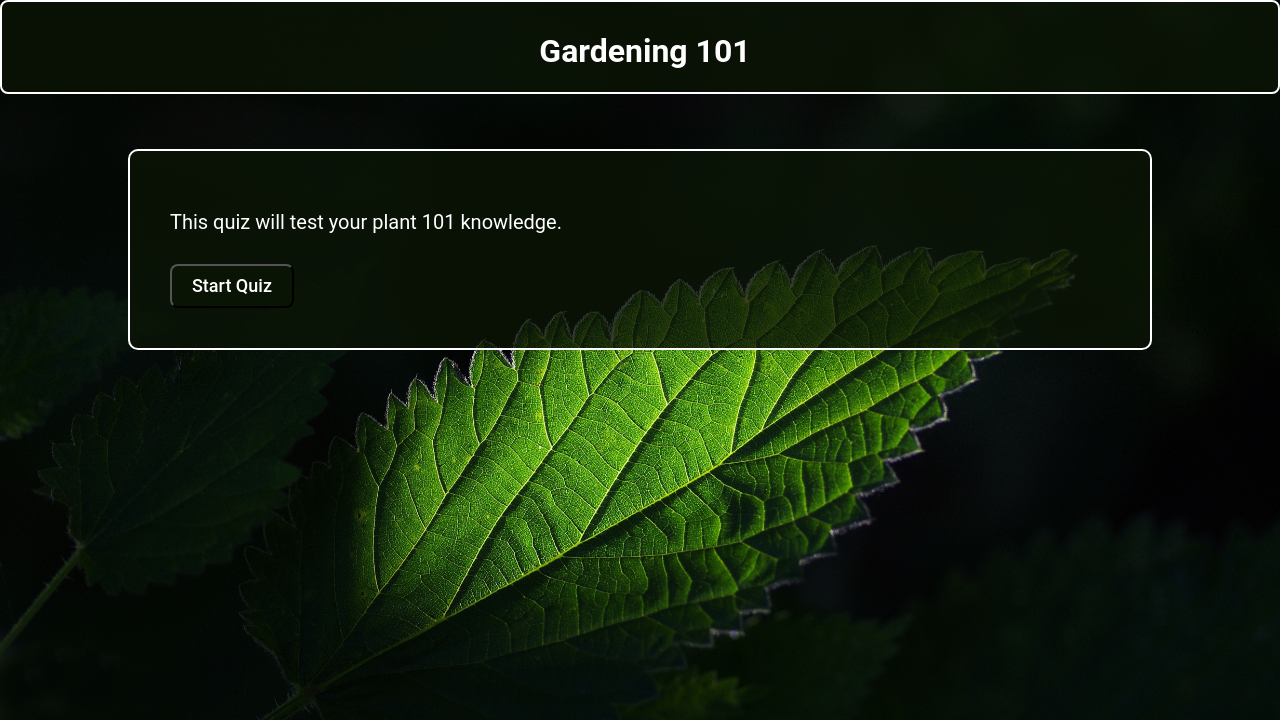
Repository: kaitlynMidori/gardening101
Page: index.html
These files come from the project's save history. The page is drawn as it stood at one moment and after the next save; the edit follows.
The browser window is 1280 px wide. The pictures show the whole page.

Above is the page before, as saved 2021-06-10 14:02:42.

After the next save:
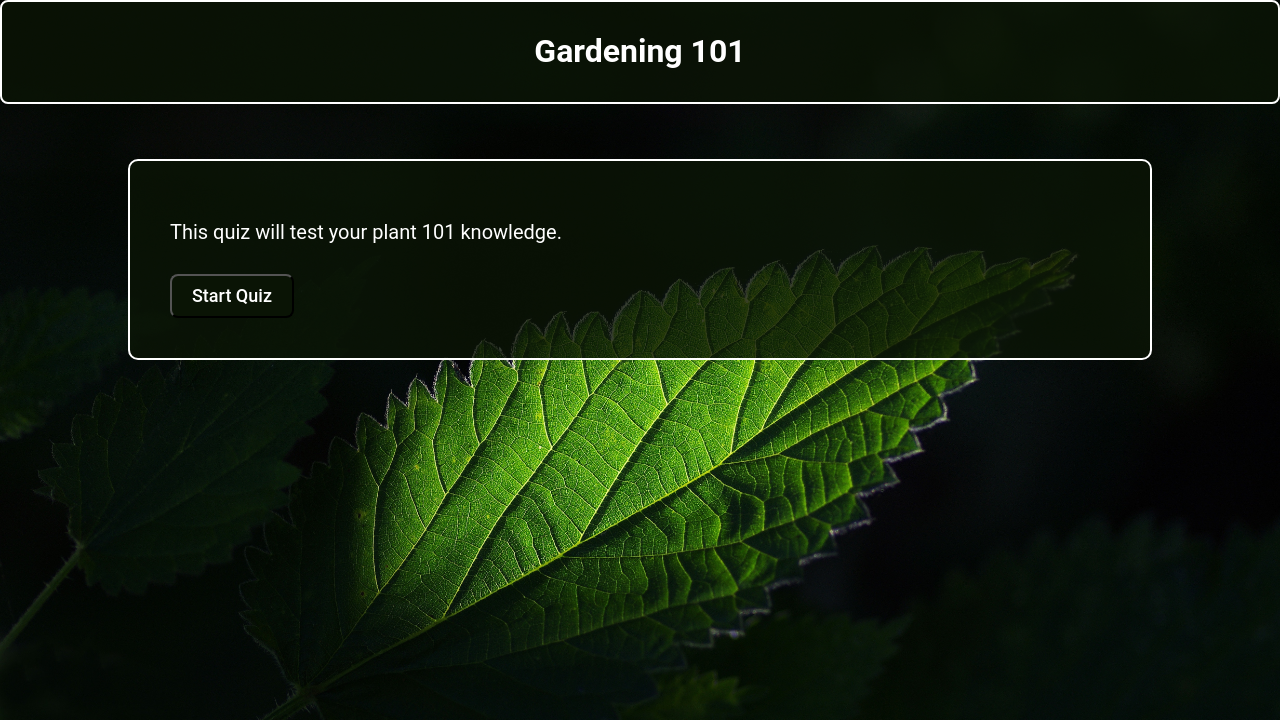
Saved 12 s later.
--- a/app.css
+++ b/app.css
@@ -32,7 +32,7 @@ header {
     border: 2px solid white;
     border-radius: 8px;
     background: rgba(11, 21, 6, 0.8);
-    padding: 10px 0 0 10px;
+    padding: 10px 0 10px 0;
     color: white;
 }
 
